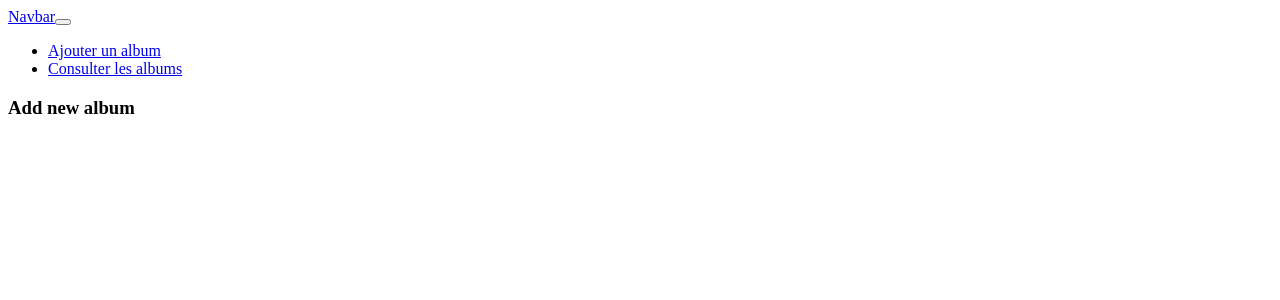
Repository: yassinecher/TestCC4SAE6
Page: /albums/add
These files come from the project's save history. The page is drawn as it stood at one moment and after the next save; the edit follows.
The browser window is 1280 px wide. The pictures show the whole page.
The project was rebuilt for these pictures with package versions that can differ from the ones it lists, and the page was loaded fresh each time. Also part of the build but not shown: angular.json, src/app/components/albums/albums.component.ts, src/app/components/not-found/not-found.component.ts.

Above is the page before, as saved 2024-12-20 14:33:33.

After the next save:
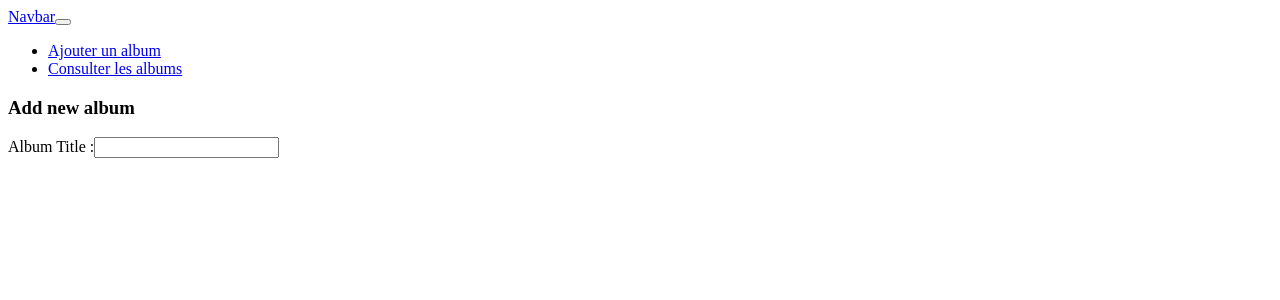
Saved 73 s later.
--- a/src/app/components/add-albums/add-albums.component.html
+++ b/src/app/components/add-albums/add-albums.component.html
@@ -4,7 +4,17 @@
     </div>
     <div class="row">
         <form [formGroup]="album">
-
+            <div class="mb-3">
+                <label>Album Title :</label>
+                <input class="form-control" formControlName="title">
+                <div class="alert alert-danger" *ngIf="album.get('title')!.invalid
+                && (album.get('title')!.touched||album.get('title')!.dirty)">
+                    <div *ngIf="album.get('title')!.hasError('required')">
+                        album number is required</div>
+                    <div *ngIf="album.get('title')!.hasError('pattern')">
+                        album number invalid</div>
+                </div>
+            </div>
         </form>
     </div>
 </div>
